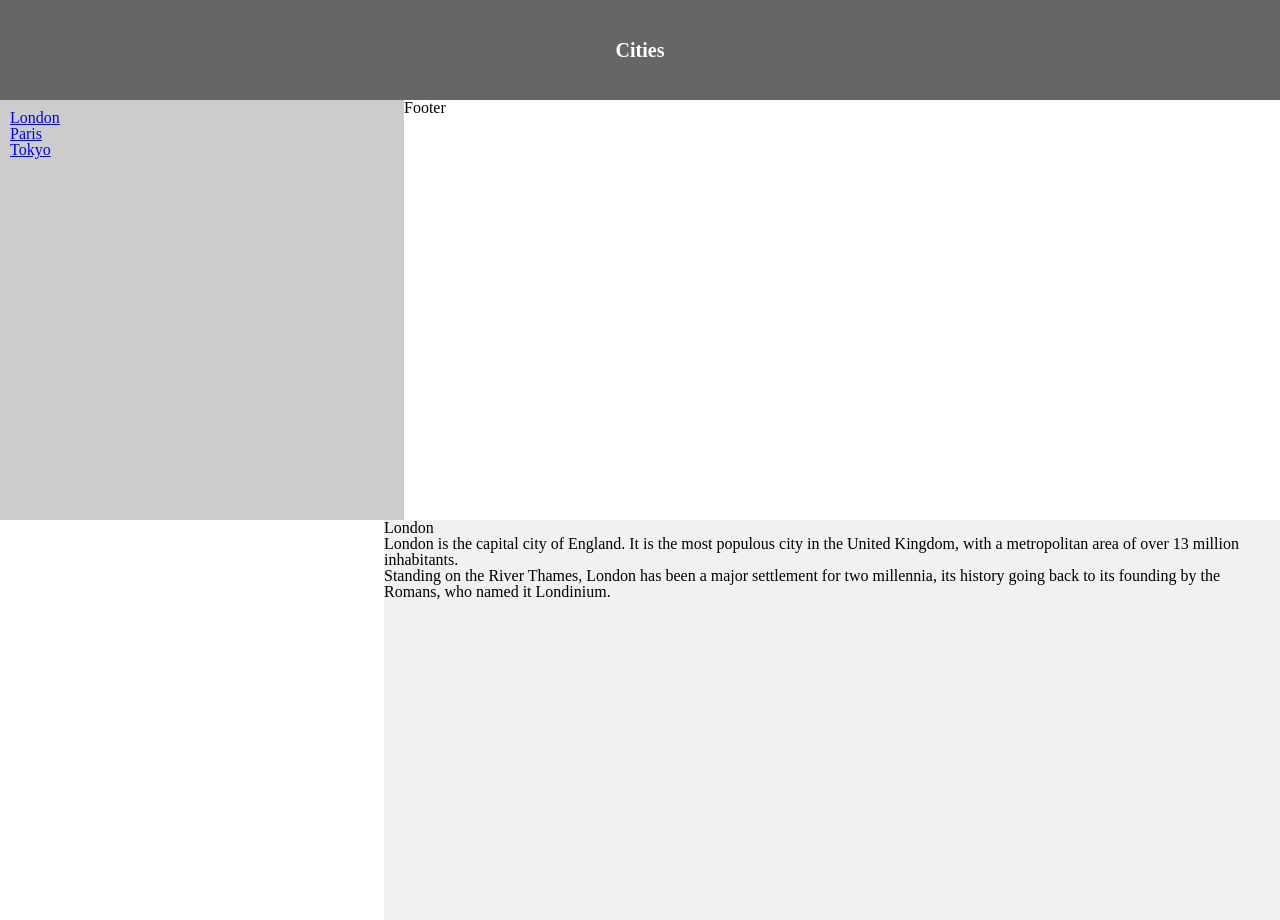
Repository: Tan-Khang21/TH_TKW--Buoi_06
Page: Bai_Tap_Tren_lop/Bai_01/LayoutCSS1.html
An editor plug-in stored every save of this project. The page is shown before and after the next save, followed by the edit.
The browser window is 1280 px wide. The pictures show the whole page.

Above is the page before, as saved 2024-03-11 19:47:19.

### Bai_Tap_Tren_lop/Bai_01/LayoutCSS1.html
<!DOCTYPE html>
<html lang="en">
  <head>
    <meta charset="UTF-8" />
    <meta name="viewport" content="width=device-width, initial-scale=1.0" />
    <title>Document</title>
    <link rel="stylesheet" href="style.css" />
    <link rel="stylesheet" href="reset.css" />
  </head>
  <body>
    <div class="title">Cities</div>
    <nav class="navigation">
      <a href="#">London</a>
      <a href="#">Paris</a>
      <a href="#">Tokyo</a>
    </nav>
    <div class="Article">
      <h5>London</h5>
      <p>
        London is the capital city of England. It is the most populous city in
        the United Kingdom, with a metropolitan area of over 13 million
        inhabitants.
      </p>
      <p>
        Standing on the River Thames, London has been a major settlement for two
        millennia, its history going back to its founding by the Romans, who
        named it Londinium.
      </p>
    </div>
    <footer>Footer</footer>
  </body>
</html>

### Bai_Tap_Tren_lop/Bai_01/style.css
body {
  width: 100%;
}
.title {
  height: 100px;
  background-color: #666666;
  color: white;
  font-size: 20px;
  font-weight: bold;
  display: flex;
  align-items: center;
  justify-content: center;
}
.navigation {
  width: 30%;
  height: 400px;
  background-color: #cccccc;
  padding: 10px;
  display: flex;
  flex-direction: column;
  float: left;
}
.Article {
  width: 70%;
  height: 400px;
  background-color: #f1f1f1;
  float: right;
}

Loaded but not shown: Bai_Tap_Tren_lop/Bai_01/reset.css (common file)

After the next save:
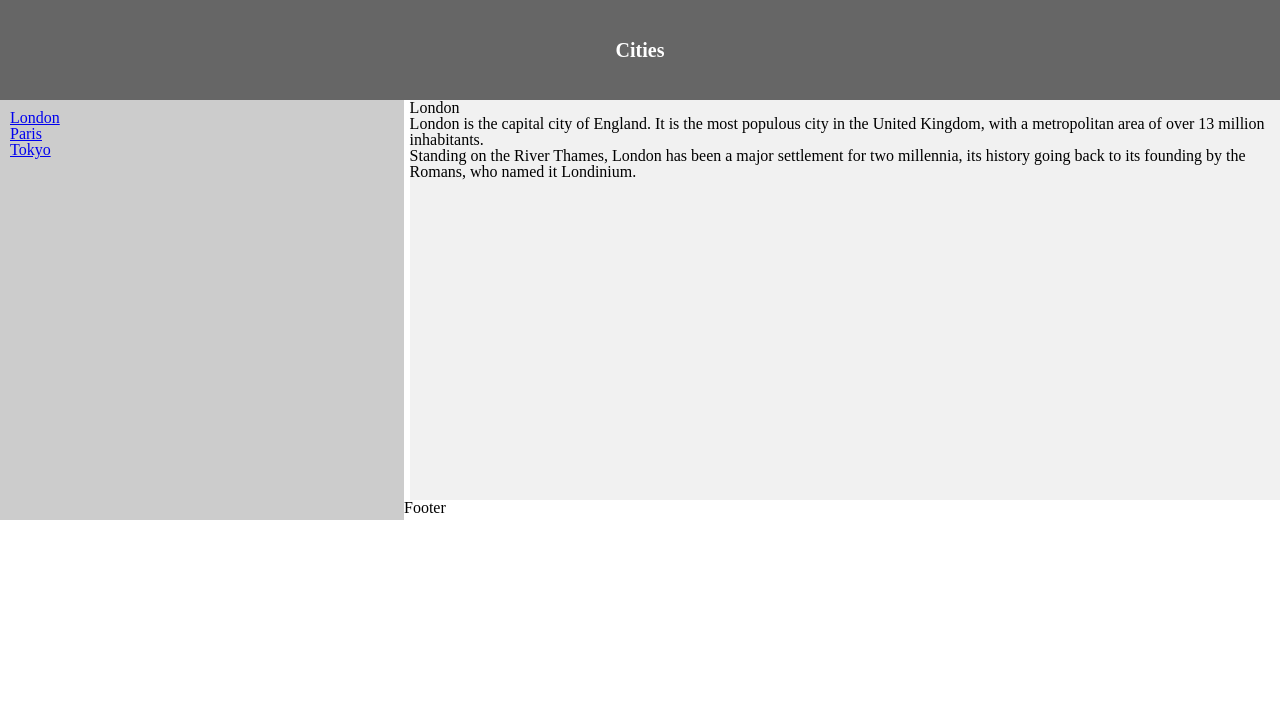
Saved 13 s later.
--- a/Bai_Tap_Tren_lop/Bai_01/style.css
+++ b/Bai_Tap_Tren_lop/Bai_01/style.css
@@ -21,7 +21,7 @@
   float: left;
 }
 .Article {
-  width: 70%;
+  width: 68%;
   height: 400px;
   background-color: #f1f1f1;
   float: right;

After the save that followed:
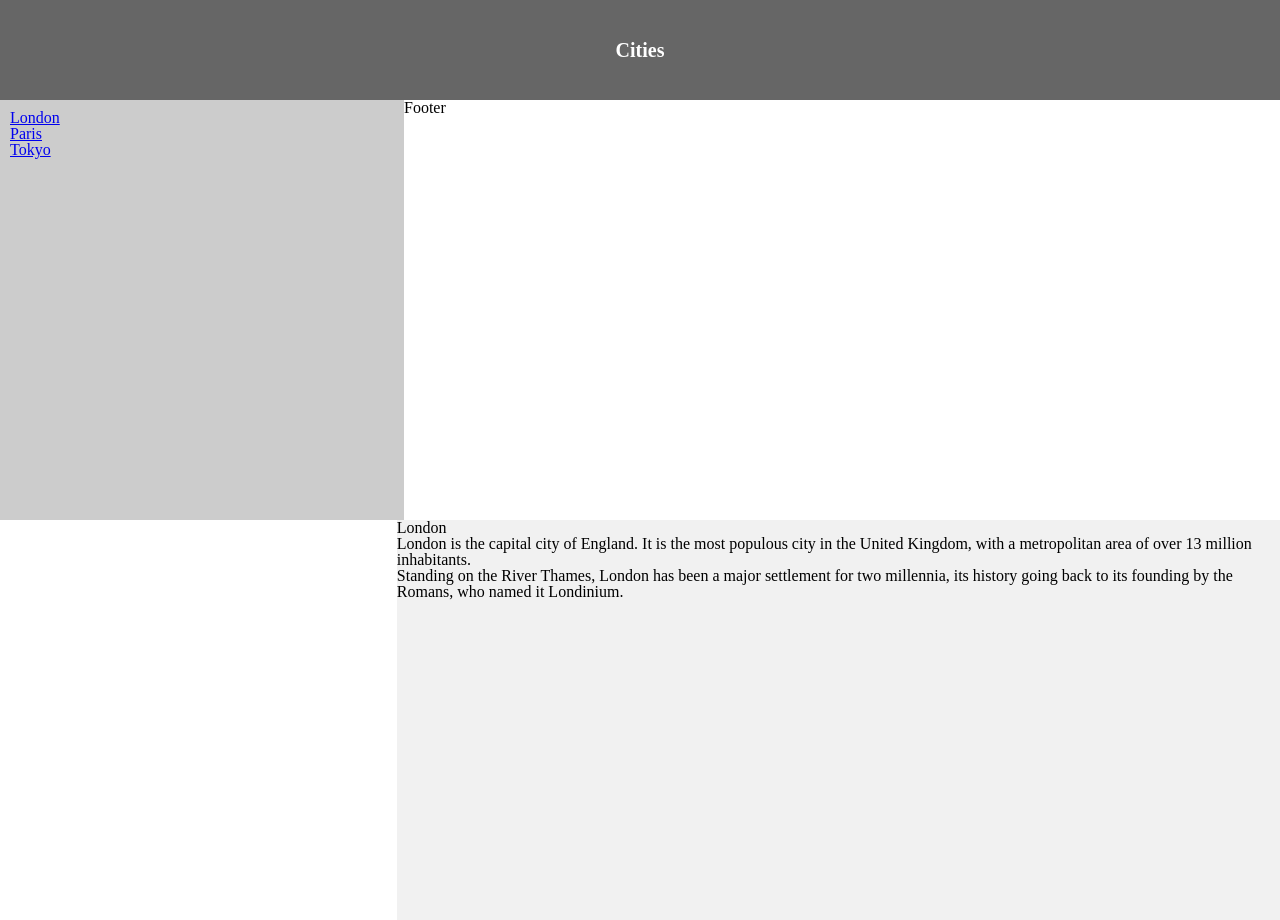
Saved 5 s later.
--- a/Bai_Tap_Tren_lop/Bai_01/style.css
+++ b/Bai_Tap_Tren_lop/Bai_01/style.css
@@ -21,7 +21,7 @@
   float: left;
 }
 .Article {
-  width: 68%;
+  width: 69%;
   height: 400px;
   background-color: #f1f1f1;
   float: right;
